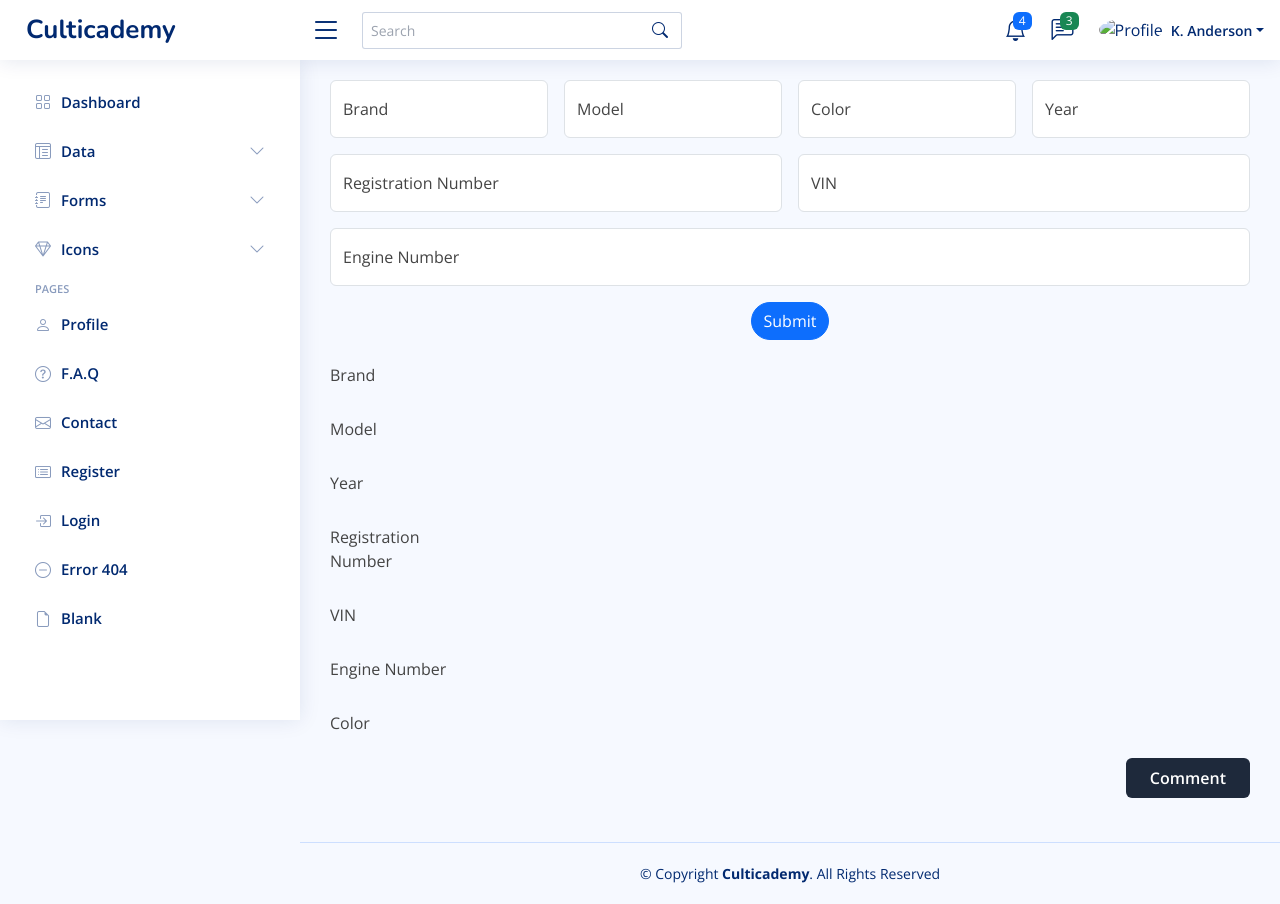
Repository: Jistoper/car_rental
Page: http://localhost/create
An editor plug-in stored every save of this project. The page is shown before and after the next save, followed by the edit.
The browser window is 1280 px wide. The pictures show the whole page.
The page is served by the project's Laravel application, run on PHP 8.4 with Laravel 9. Style sheets and scripts are compiled from the project's sources, by tool versions that may differ from the author's.

Above is the page before, as saved 2023-06-22 14:42:38.

After the next save:
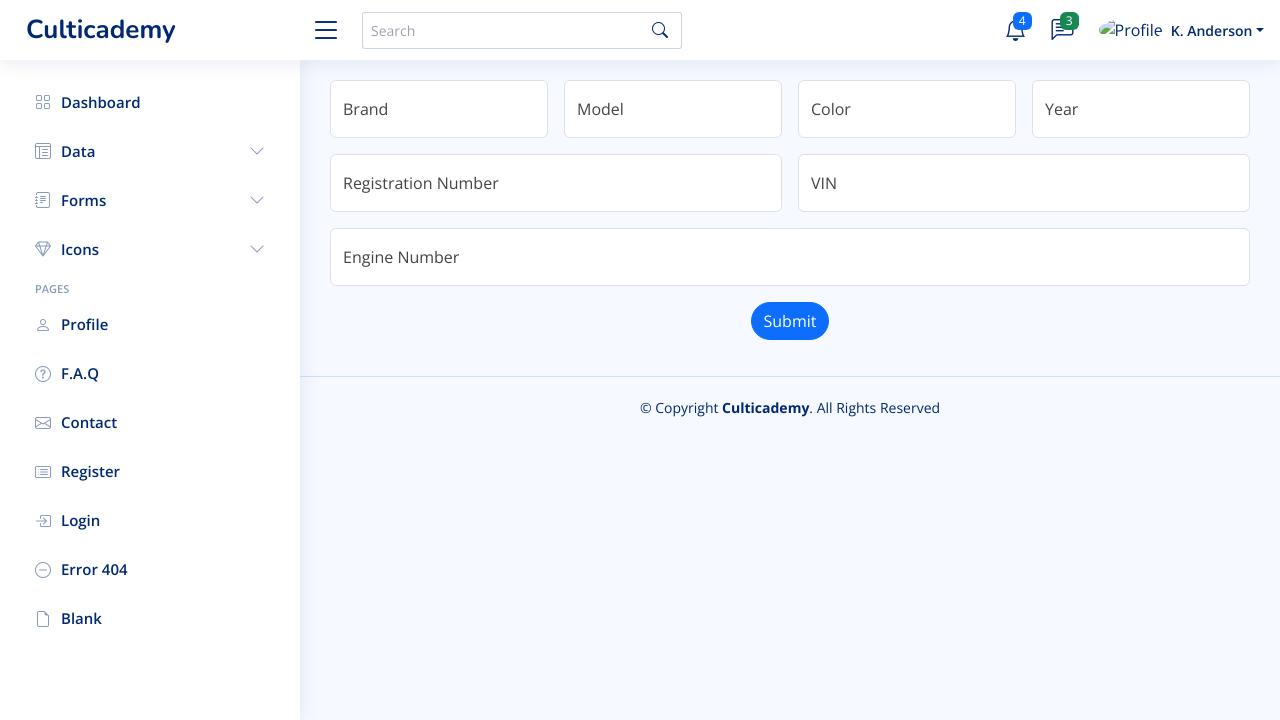
Saved 40 s later.
--- a/resources/views/backsite/content/car/createcar.blade.php
+++ b/resources/views/backsite/content/car/createcar.blade.php
@@ -3,7 +3,7 @@
 @section('content')
 
 <div>
-    <form class="row g-3">
+    <form action="{{ route('car.store') }}" method="POST" class="row g-3">
         <div class="col-md-3">
             <div class="form-floating">
                 <input type="text" name="brand" id="brand" class="form-control @error('brand') border-red-500 @enderror" value="{{ old('brand') }}" placeholder="Brand">
@@ -56,58 +56,6 @@
             </button>
         </div>
       </form><!-- End floating Labels Form -->
-    <form action="{{ route('car.store') }}" method="POST" class="mb-4">
-        @csrf
-        <div class="row mb-3">
-            <label for="inputText" class="col-sm-2 col-form-label">Brand</label>
-            <div class="col-sm-4">
-
-            </div>
-        </div>
-        <div class="row mb-3">
-            <label for="inputText" class="col-sm-2 col-form-label">Model</label>
-            <div class="col-sm-4">
-
-            </div>
-        </div>
-        <div class="row mb-3">
-            <label for="inputText" class="col-sm-2 col-form-label">Year</label>
-            <div class="col-sm-4">
-
-            </div>
-        </div>
-        <div class="row mb-3">
-            <label for="inputText" class="col-sm-2 col-form-label">Registration Number</label>
-            <div class="col-sm-4">
-
-            </div>
-        </div>
-        <div class="row mb-3">
-            <label for="inputText" class="col-sm-2 col-form-label">VIN</label>
-            <div class="col-sm-4">
-
-            </div>
-        </div>
-        <div class="row mb-3">
-            <label for="inputText" class="col-sm-2 col-form-label">Engine Number</label>
-            <div class="col-sm-4">
-
-            </div>
-        </div>
-        <div class="row mb-3">
-            <label for="inputText" class="col-sm-2 col-form-label">Color</label>
-            <div class="col-sm-4">
-
-            </div>
-        </div>
-        <div class="flex items-center justify-end">
-            <button class="flex items-center space-x-1 bg-slate-800 hover:bg-slate-700 text-white font-semibold py-2 px-4 rounded" onclick="getContent()" type="submit">
-                <span>
-                    Comment
-                </span>
-            </button>
-        </div>
-    </form>
 </div>
 
 @endsection
